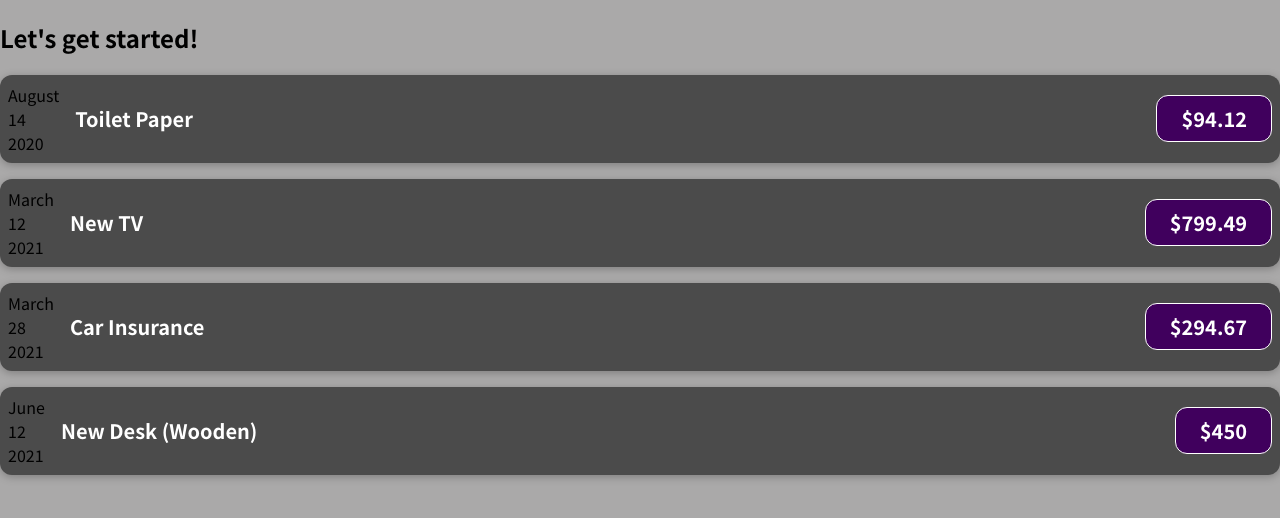
Repository: otvertka/MSC
Page: /
An editor plug-in stored every save of this project. The page is shown before and after the next save, followed by the edit.
The browser window is 1280 px wide. The pictures show the whole page.
The project was rebuilt for these pictures with package versions that can differ from the ones it lists, and the page was loaded fresh each time.

Above is the page before, as saved 2023-06-18 11:21:11.

### src/index.css
@import url("https://fonts.googleapis.com/css2?family=Noto+Sans+JP:wght@400;700&display=swap");

* {
  box-sizing: border-box;
}

html {
  font-family: "Noto Sans JP", sans-serif;
}

body {
  margin: 0;
  background-color: #aaa9a9;
}

### src/App.js
import ExpenseItem from "./components/ExpenseItem";
// import Products from "./components/Products";

function App() {
  const expenses = [
    {
      id: "e1",
      title: "Toilet Paper",
      amount: 94.12,
      date: new Date(2020, 7, 14),
    },
    { id: "e2", title: "New TV", amount: 799.49, date: new Date(2021, 2, 12) },
    {
      id: "e3",
      title: "Car Insurance",
      amount: 294.67,
      date: new Date(2021, 2, 28),
    },
    {
      id: "e4",
      title: "New Desk (Wooden)",
      amount: 450,
      date: new Date(2021, 5, 12),
    },
  ];
  return (
    <div>
      <h2>Let's get started!</h2>
      <ExpenseItem
        title={expenses[0].title}
        amount={expenses[0].amount}
        date={expenses[0].date}
      />
      <ExpenseItem
        title={expenses[1].title}
        amount={expenses[1].amount}
        date={expenses[1].date}
      />
      <ExpenseItem
        title={expenses[2].title}
        amount={expenses[2].amount}
        date={expenses[2].date}
      />
      <ExpenseItem
        title={expenses[3].title}
        amount={expenses[3].amount}
        date={expenses[3].date}
      />
    </div>
  );
}

export default App;

### src/components/ExpenseItem.js
import "./ExpenseItem.css";

function ExpenseItem(props) {
  return (
    //
    <div className="expense-item">
      <div>
        <div>{props.date.toLocaleString("en-US", { month: "long" })}</div>
        <div>{props.date.toLocaleString("en-US", { day: "2-digit" })}</div>
        <div>{props.date.getFullYear()}</div>
      </div>
      <div className="expense-item__description">
        <h2>{props.title}</h2>
        <div className="expense-item__price">${props.amount}</div>
      </div>
    </div>
  );
}

export default ExpenseItem;

### src/components/ExpenseItem.css
.expense-item {
  display: flex;
  justify-content: space-between;
  align-items: center;
  box-shadow: 0 2px 8px rgba(0, 0, 0, 0.25);
  padding: 0.5rem;
  margin: 1rem 0;
  border-radius: 12px;
  background-color: #4b4b4b;
}

.expense-item__description {
  display: flex;
  flex-direction: column;
  gap: 1rem;
  align-items: flex-end;
  flex-flow: column-reverse;
  justify-content: flex-start;
  flex: 1;
}

.expense-item h2 {
  color: #3a3a3a;
  font-size: 1rem;
  flex: 1;
  margin: 0 1rem;
  color: white;
}

.expense-item__price {
  font-size: 1rem;
  font-weight: bold;
  color: white;
  background-color: #40005d;
  border: 1px solid white;
  padding: 0.5rem;
  border-radius: 12px;
}

@media (min-width: 580px) {
  .expense-item__description {
    flex-direction: row;
    align-items: center;
    justify-content: flex-start;
    flex: 1;
  }

  .expense-item__description h2 {
    font-size: 1.25rem;
  }

  .expense-item__price {
    font-size: 1.25rem;
    padding: 0.5rem 1.5rem;
  }
}

Loaded but not shown: public/index.html (common file); src/index.js (common file)

After the next save:
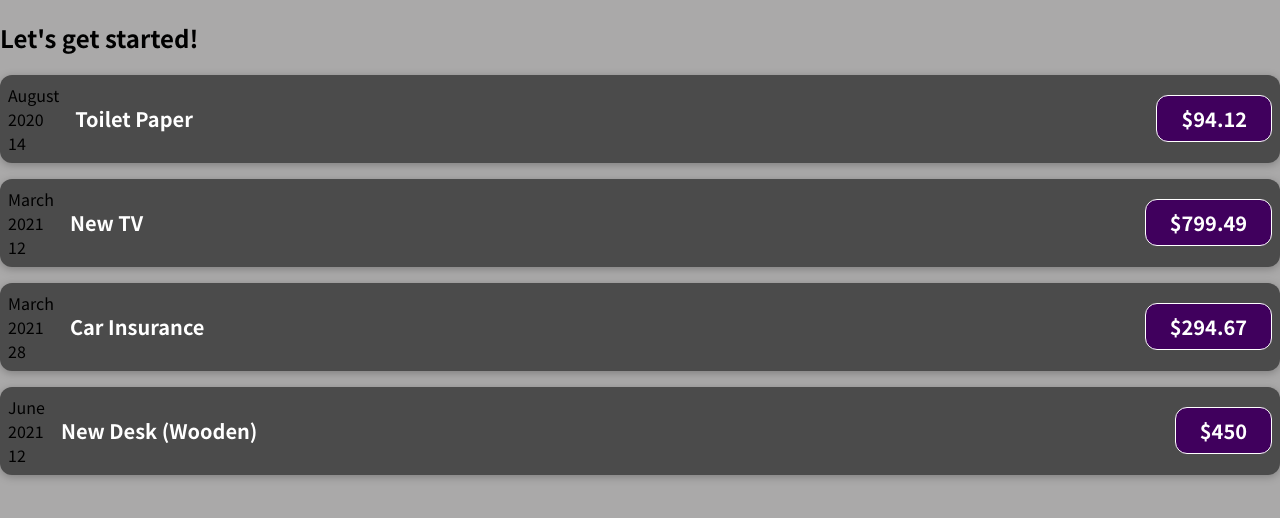
Saved 2 min 1 s later.
--- a/src/components/ExpenseItem.js
+++ b/src/components/ExpenseItem.js
@@ -1,13 +1,16 @@
 import "./ExpenseItem.css";
 
 function ExpenseItem(props) {
+  const month = props.date.toLocaleString("en-US", { month: "long" });
+  const day = props.date.toLocaleString("en-US", { day: "2-digit" });
+  const year = props.date.getFullYear();
   return (
     //
     <div className="expense-item">
       <div>
-        <div>{props.date.toLocaleString("en-US", { month: "long" })}</div>
-        <div>{props.date.toLocaleString("en-US", { day: "2-digit" })}</div>
-        <div>{props.date.getFullYear()}</div>
+        <div>{month}</div>
+        <div>{year}</div>
+        <div>{day}</div>
       </div>
       <div className="expense-item__description">
         <h2>{props.title}</h2>
